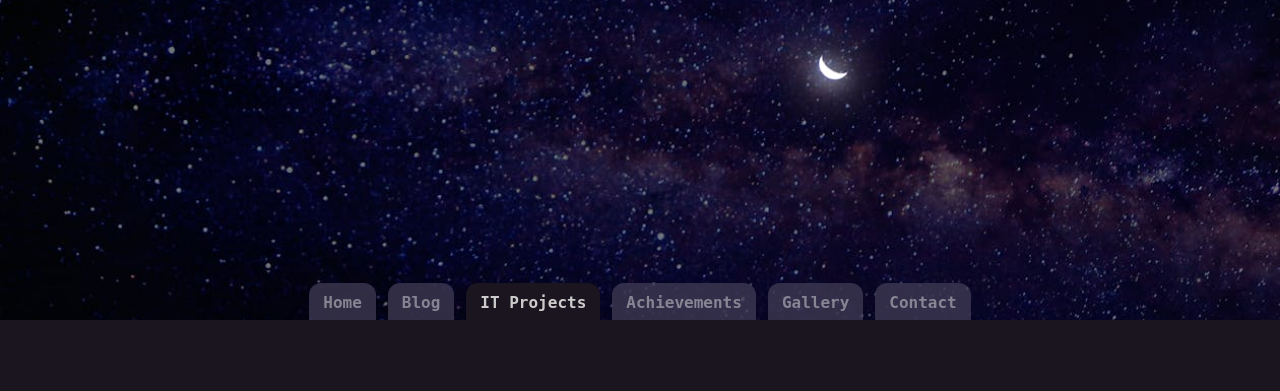
Repository: JMauve2233248/JiajyStudio
Page: Gallery.html
An editor plug-in stored every save of this project. The page is shown before and after the next save, followed by the edit.
The browser window is 1280 px wide. The pictures show the whole page.

Above is the page before, as saved 2026-03-04 21:12:02.

### Gallery.html
<!DOCTYPE html>
<html lang="en">
    <head>
        <meta charset="UTF-8" />
        <meta name="viewport" content="width=device-width, initial-scale=1.0" />
        <title>IT Portfolio</title>
        <link rel="stylesheet" href="styles.css" />
    </head>
    <body>
        <!--Header image-->
        <div class="header-image">
            <img src="images/header.png" alt="Header Image"/>
        </div>

        <nav class="tabs">
            <a class="tab" href="Home.html">Home</a>
            <a class="tab" href="Blog.html">Blog</a>
            <a class="tab active" href="ITprojects.html">IT Projects</a>
            <a class="tab" href="Achievement.html">Achievements</a>
            <a class="tab" href="Gallery.html">Gallery</a>
            <a class="tab" href="Contact.html">Contact</a>
        </nav>
    </body>
</html>

### styles.css
:root {
    /* Define color variables */
    /* Dark Mode*/
    --background-color: #1a151f; /*Dark Purple*/
    --purple-color: #3F3381; /*Purple*/
    --purple-glow-color: #dfdae7; /*Lighter Purple for Glow Effect*/
    --yellow-color: #FFD700; /*Yellow*/
}

body {
    font-family: 'Monospace', 'Lucida Sans', 'Lucida Sans Regular', 'Lucida Grande', 'Lucida Sans Unicode', Geneva, Verdana, sans-serif;
    background-color: var(--background-color);
    color: white;
    margin: 0;
}

footer {
    font-size: 0.5em;
    text-align: center;
    color: white;
}

/*Navigation Bar*/
.tabs {
    display: flex;
    gap: 12px;
    align-items: flex-end;
    padding: 0 16px;
    border-radius: 2px;
    background: none;
    position: relative;
    margin-top: -39px;
    justify-content: center;
    z-index: 10;
}

.tab {
    position: relative;
    padding: 10px 14px 8px;
    color: rgba(255, 255, 255, 0.416);
    text-decoration: none;
    font-weight: 600;
    background: rgba(64, 59, 84, 0.75);
    border-bottom: none;
    border-top-left-radius: 12px;
    border-top-right-radius: 12px;
    transform: translateY(2px);
}

.tab::before {
    content: "";
    position: absolute;
    top: -10px;
    left: 10px;
    width: 22px;
    height: 12px;
    border-bottom: none;
    border-top-left-radius: 10px;
    border-top-right-radius: 10px;
}

.tab:hover {
    color: var(--yellow-color);
}

.tab.active {
    background-color: var(--background-color);
    color: #ccc;
}

.tab.active:hover {
    color: var(--yellow-color);
}

/*ITprojects.html*/
.header-image {
    position: relative;
    width: 100%;
    height: 20rem;
    overflow: hidden;
}

.header-image img {
    width: 100%;
    height: 100%;
    object-fit: cover;
    object-position: center;
    display: block;
}

.IT_header {
    text-align: center;
}

.logo {
    width: auto;
    height: 200px;
    border-radius: 50%;
}

.about-me {
    margin: 20px;
    padding: 20px;
    background-color: #f0f0f0;
    color: black;
    border-radius: 10px;
}

.about-me h1 {
    margin-top: 0;
    background-color: var(--background-color);
    color: white;
    width: fit-content;
    padding: 5px 10px;
    border-radius: 15px;
}

.skills {
    margin: 20px;
    padding: 20px;
}

.skills-list {
    list-style-type: none;
    padding: 0;
}

.skills-list li::before {
    content: "✦ ";
    color: var(--yellow-color);
}

.ITprojects {
    display: flex;
    flex-direction: column;
    margin:0;
    padding: 20px;
    background-color: #f0f0f0;
    color: black;
}

.ITprojects h1 {
    margin-top: 0;
    background-color: var(--background-color);
    color: white;
    width: fit-content;
    padding: 15px 15px;
    border-radius: 10px;
}

.project {
    display: flex;
    align-items: center;
    gap: 40px;
    margin: 20px 0;
    padding: 20px;
    border-radius: 10px;
}

.project:hover{
    background-color: var(--purple-glow-color);
}

.project-image {
    width: 300px;
    height: 200px;
    background-color: #ccc;
}

.project-text {
    flex: 1;
}

.view-project {
    display: inline-block;
    margin-top: 10px;
    padding: 10px 20px;
    background-color: var(--purple-color);
    color: white;
    text-decoration: none;
    border-radius: 5px;
}

.project_reverse {
    display: flex;
    gap: 40px;
    padding: 20px;
    border-radius: 10px;
    flex-direction: row-reverse;
    text-align: right;
}

.project_reverse:hover{
    background-color: var(--purple-glow-color);
}

.contact {
    margin: 20px;
    padding: 20px;
    border-radius: 10px;
}

After the next save:
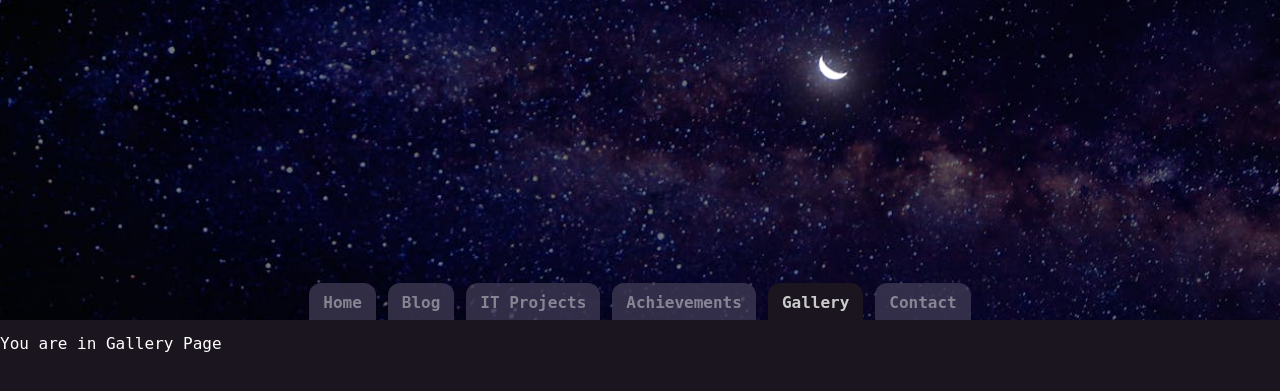
Saved 21 s later.
--- a/Gallery.html
+++ b/Gallery.html
@@ -15,10 +15,12 @@
         <nav class="tabs">
             <a class="tab" href="Home.html">Home</a>
             <a class="tab" href="Blog.html">Blog</a>
-            <a class="tab active" href="ITprojects.html">IT Projects</a>
+            <a class="tab" href="ITprojects.html">IT Projects</a>
             <a class="tab" href="Achievement.html">Achievements</a>
-            <a class="tab" href="Gallery.html">Gallery</a>
+            <a class="tab active" href="Gallery.html">Gallery</a>
             <a class="tab" href="Contact.html">Contact</a>
         </nav>
+
+        <p>You are in Gallery Page</p>
     </body>
 </html>
